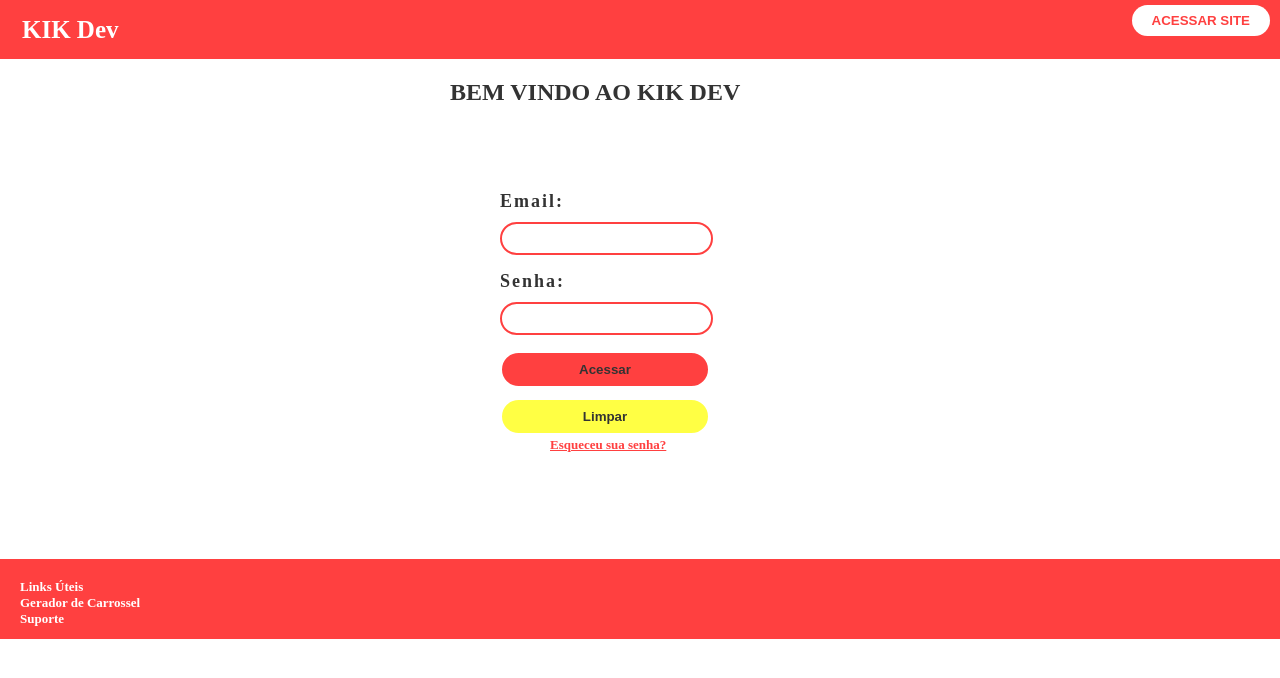
Repository: devgabrielvieira/kikdev
Page: index.html
The author's editor kept a copy of each file at every save. The page is drawn from the files as they stood at one save, then again after a run of saves.
The browser window is 1280 px wide. The pictures show the whole page.

Above is the page before, as saved 2022-10-30 19:59:57.

### index.html
<!DOCTYPE html>
<html lang="pt-br">

<head>
    <meta charset="UTF-8">
    <meta http-equiv="X-UA-Compatible" content="IE=edge">
    <meta name="viewport" content="width=device-width, initial-scale=1.0">
    <link rel="shortcut icon" href="imagens/favicon.ico" type="image/x-icon">
    <link rel="stylesheet" href="style.css">
    <link rel="stylesheet" href="style-mobile.css">
    <script src="script_processo.js"></script>
    <title>KIK Dev</title>

</head>

<body id="pag_processos" onload="dimensaoTela()">

    <div class="header-index">
        <a href="#Default" class="logo">KIK Dev</a>

        <button type="submit" name="name" class="button-right"><strong>ACESSAR SITE</strong></a></button>

    </div>
    <div class="conteudo">
        <!--abrimos a div conteúdo-->

        <h2>BEM VINDO AO KIK DEV</h2>

        <div class="login">
            <label for="username">Email:</label>
            <input type="text" id="username" name="username">
            <label for="pass">Senha:</label>
            <input type="password" id="pass" name="password" minlength="8" required>
            <input class="btn-acessar" type="submit" value="Acessar">
            <input class="btn-limpar" type="reset" value="Limpar">
        </div>
        <a href="recuperar-senha.html" target="_self" rel="next" class="href">Esqueceu sua senha?</a>
    </div>
    <!--aqui fechamos a div conteudo-->

    <footer class="footer">
        <strong>
            <p>Links Úteis</p>
        </strong>
        <strong>
            <p>Gerador de Carrossel</p>
        </strong>
        <strong>
            <p>Suporte</p>
        </strong>
    </footer>

</body>

</html>

### style.css
@charset "UTF-8";

* {
  margin: 0;
  padding: 0;
}

html {
  margin: 0;
  padding: 0;
}

.header {
  overflow: hidden;
  background-color: #ff4040;
  padding: 20px 10px;
}

.header a {
  float: left;
  color: #fff;
  text-align: center;
  padding: 12px;
  text-decoration: none;
  font-size: 18px;
  line-height: 25px;
  border-radius: 4px;
}

.header a.logo {
  font-size: 25px;
  font-weight: bold;
}

.header a:hover {
  background-color: #ddd;
  color: #333333;
}

.header a.active {
  background-color: #d8d7d7;
  color: #fff;
}

.header-right {
  float: right;
}

.button-right {
  float: right;
  padding: 8px 20px;
  border: #d8d7d7;
  border-radius: 50px;
  color: #ff4040;
  background-color: #fff;
}

.header-index {
  overflow: hidden;
  background-color: #ff4040;
  padding: 5px 10px;
}

.header-index a {
  float: left;
  color: #fff;
  text-align: center;
  padding: 12px;
  text-decoration: none;
  font-size: 18px;
  line-height: 25px;
  border-radius: 4px;
}

.header-index a.logo {
  font-size: 25px;
  font-weight: bold;
}

.header-index a:hover {
  background-color: #ddd;
  color: #333333;
}

.header-index a.active {
  background-color: #d8d7d7;
  color: #fff;
}

.conteudo {
  width: 100%;
  height: 450px;
  overflow: hidden;
  background-color: #fff;
}

/* .conteudo img {
    width: 100%;
    background-color: #fff;
    margin: 2px 0 0 0;
    padding: 0;
    position: relative;
    height: 15.5rem;
} */

.footer {
  width: auto;
  background-color: #ff4040;
  padding: 20px 10px;
  position: relative;
  height: 2.5rem;
  bottom: -50px;
}

p {
  font-size: 13px;
  margin: 0 0 0 10px;
  float: none;
  overflow: hidden;
  color: #fff;
}

label {
  margin: 10px 50px 0 500px;
  display: block;
  letter-spacing: 2px;
  font-size: 18px;
  color: #333333;
  margin-bottom: 3px;
  font-weight: bold;
}

input[type="submit"],
label {
  margin: 10px 50px 0 500px;
  margin-top: 1rem;
  color: #333333;
}

input {
  margin: 10px 50px 0 500px;
  caret-color: #222;
  color: #333333;
  border: 2px solid #ff4040;
  border-radius: 36px;
  padding: 7px 15px;
  text-align: center;
  font-weight: bold;
}

input:hover {
  border: 2px solid #a0a0a0;
}

.login {
  margin: 80px 0 0 0;
  width: -100%;
}

.href {
  margin: 10px 50px 0 550px;
  font-size: 13px;
  font-weight: bold;
  color: #ff4040;
  text-align: center;
}

.btn-acessar {
  margin: 10px 50px 0 500px;
  background: #ff4040;
  border: 2px solid #fff;
  padding: 9px 15px;
  width: 210px;
  max-width: 100%;
}

.btn-limpar {
  margin: 10px 50px 0 500px;
  background: #ff4;
  border: 2px solid #fff;
  padding: 9px 15px;
  width: 210px;
  max-width: 100%;
}

h2 {
  width: 100%;
  display: inline-flex;
  margin: 20px 50px 5px 450px;
  color: #333333;
}

### style-mobile.css
@charset "UTF-8";

@media screen and (max-width: 1200px) {
  * {
    margin: 0;
    padding: 0;
  }

  html {
    margin: 0;
    padding: 0;
  }

  .header-index {
    overflow: hidden;
    background-color: #ff4040;
    padding: 10px 15px;
    height: 5.5rem;
    width: 100%;
  }

  .header a {
    float: none;
    display: block;
    text-align: left;
  }

  .header-index a {
    float: none;
    display: block;
    text-align: left;
  }

  .header-right {
    float: none;
  }

  .button-right {
    float: none;
  }

  .footer {
    float: none;
    bottom: -280px;
    overflow: hidden;
    padding: 10px 15px;
    height: 5.5rem;
    width: 100%;

  }

  /* .conteudo img {
        float: none;
        display: block;
        position: absolute;
        width: 100%;
        background-color: #fff;
        margin: 2px 0 0 0;
        height: 10rem;
    } */

  .login {
    width: 50%;
    display: inline-block;
  }

  label {
    margin-left: 50%;
    margin-bottom: 3px;
    display: block;
    letter-spacing: 2px;
    font-size: 18px;
    color: #333333;
    font-weight: bold;
  }

  input[type="submit"],
  label {
    margin-left: 50%;
    margin-top: 1rem;
    color: #333333;
  }

  input {
    margin-left: 50%;
    caret-color: #222;
    color: #333333;
    border: 2px solid #ff4040;
    border-radius: 36px;
    padding: 7px 15px;
    text-align: center;
    font-weight: bold;
  }

  input:hover {
    border: 2px solid #a0a0a0;
  }

  .href {
    margin-left: 30%;
    font-size: 13px;
    font-weight: bold;
    color: #ff4040;
    text-align: center;
    width: 100%;
    padding: 2rem;
  }

  .btn-acessar {
    margin-left: 50%;
    margin-right: 50%;
    background: #ff4040;
    border: 2px solid #fff;
    padding: 9px 15px;
    width: 210px;
    max-width: 100%;
  }

  .btn-limpar {
    margin-left: 50%;
    margin-right: 50%;
    background: #ff4;
    border: 2px solid #fff;
    padding: 9px 15px;
    width: 210px;
    max-width: 100%;
  }

  h2 {
    width: 100%;
    display: inline-block;
    margin-bottom: 0.5rem;
    margin-left: 15%;
    color: #333333;
  }
}

### script_processo.js
function dimensaoTela(){
    var heightTela = window.innerHeight;
    var widthTela = window.innerWidth;

    document.getElementById('pag_processos').style.minHeight = heightTela+'px';
}

After the next 2 saves:
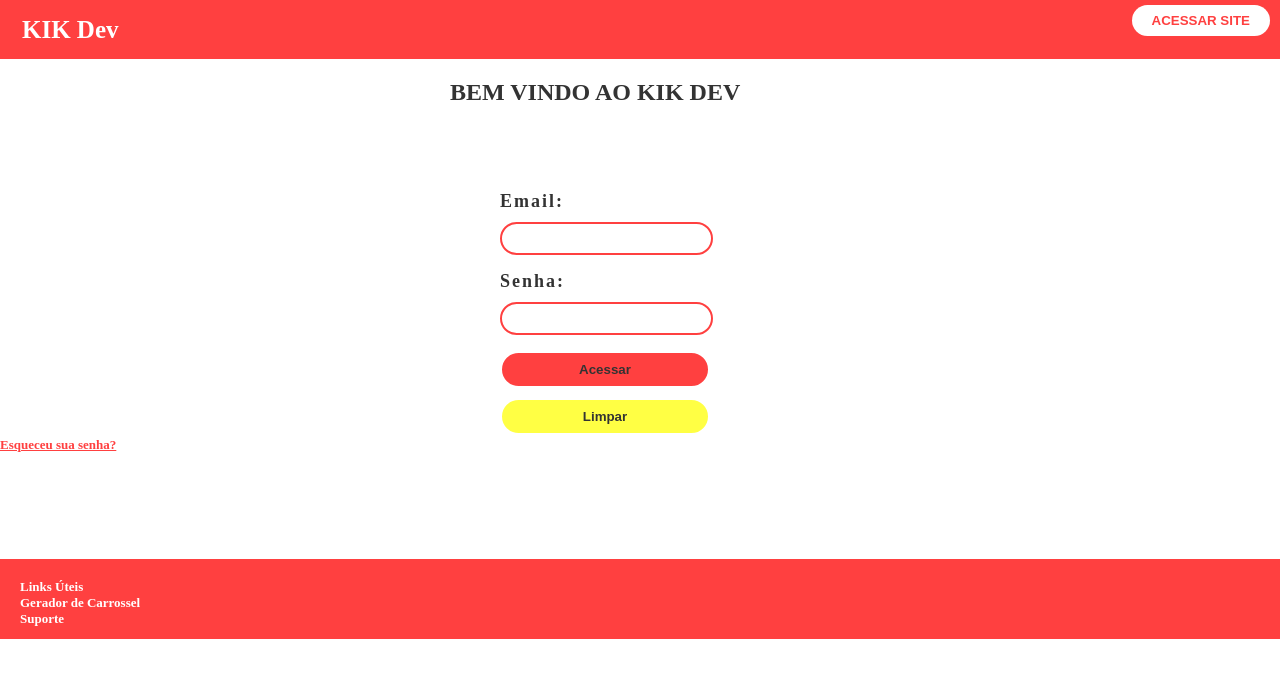
The 2 saves are shown as one change because they came seconds apart.
The last was saved 12 s later.
--- a/style.css
+++ b/style.css
@@ -158,7 +158,7 @@
 }
 
 .href {
-  margin: 10px 50px 0 550px;
+  margin: -auto 50px 0 550px;
   font-size: 13px;
   font-weight: bold;
   color: #ff4040;

After the 3 saves that followed:
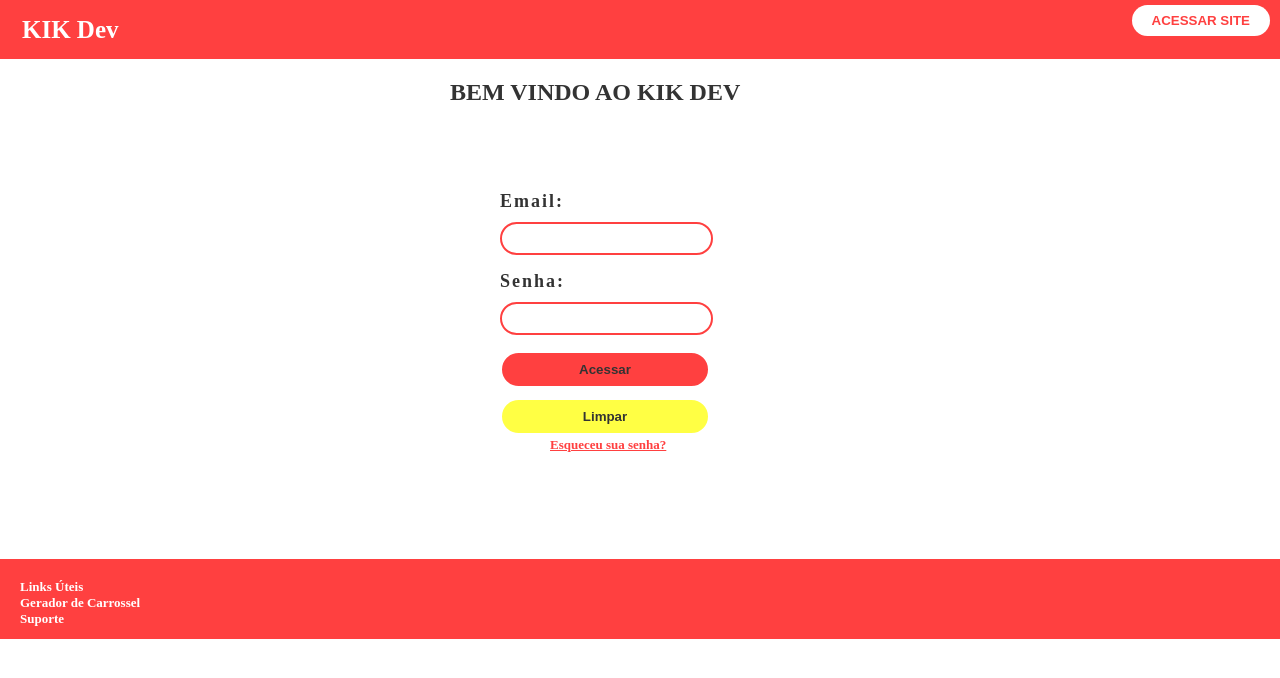
The 3 saves are shown as one change because 1 left the picture as it was and some came seconds apart.
The last was saved 11 s later.
--- a/style.css
+++ b/style.css
@@ -158,7 +158,7 @@
 }
 
 .href {
-  margin: -auto 50px 0 550px;
+  margin: -100px 50px 0 550px;
   font-size: 13px;
   font-weight: bold;
   color: #ff4040;
